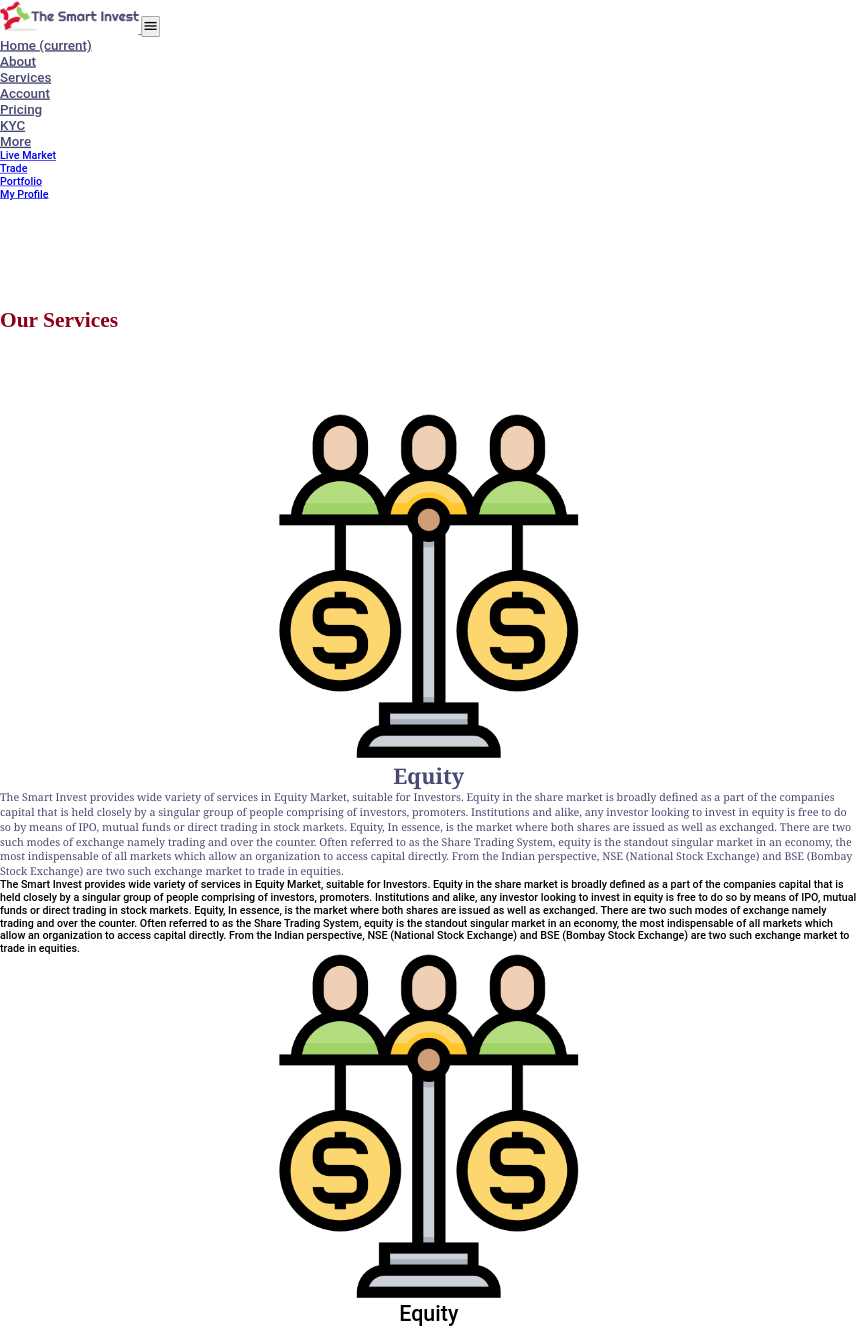
Repository: Demonster1999/Invest-Mart-new
Page: services.html
These files come from the project's save history. The page is drawn as it stood at one moment and after the next save; the edit follows.
The browser window is 1280 px wide. The pictures show the whole page, at 67% of full size.
Some web libraries are served in a nearby version.

Above is the page before, as saved 2020-05-01 21:39:37.
Console error: TypeError: Failed to execute 'addEventListener' on 'EventTarget': parameter 2 is not of type 'Object'.

### services.html
<!doctype html>
<html lang="en">

<head>
  <!-- Required meta tags -->
  <meta charset="utf-8">
  <meta name="viewport" content="width=device-width, initial-scale=1, shrink-to-fit=no">

  <!-- Material Design for Bootstrap fonts and icons -->
  <link rel="stylesheet" href="https://fonts.googleapis.com/css?family=Roboto:300,400,500,700|Material+Icons">

  <!-- Material Design for Bootstrap CSS -->
  <link rel="stylesheet"
    href="https://unpkg.com/bootstrap-material-design@4.1.1/dist/css/bootstrap-material-design.min.css"
    integrity="sha384-wXznGJNEXNG1NFsbm0ugrLFMQPWswR3lds2VeinahP8N0zJw9VWSopbjv2x7WCvX" crossorigin="anonymous">

    <link rel="stylesheet" href="static/css/custom.css">
  <title>Services: Invest-Smart</title>
</head>

<body style = "font-family : ROBOTO MEDIUM" onload="window.addEventListener('load', fadeEffect);">
  <!-- preloader start -->
<div class="preloader" style="opacity: 1;">
  <img src="static/imgs/preloaderspin.svg" class="filler-green" alt="spinner">
</div>
  <!-- preloader end  -->

  <!-- nav start -->

  <nav class="navbar navbar-expand-lg fixed-top   text-center   ">
     <a class="navbar-brand" href="#">
       <img src="static/imgs/smartlogo.png"  height = "50"
         class="d-inline-block align-top" alt="">

     </a>
  <button class="navbar-toggler" type="button" data-toggle="collapse" data-target="#navbarSupportedContent"
    aria-controls="navbarSupportedContent" aria-expanded="false" aria-label="Toggle navigation">
    <span class="navbar-toggler-icon material-icons">menu</span>
  </button>

    <div class="collapse navbar-collapse justify-content-end  " id="navbarSupportedContent">
      <ul class="navbar-nav ">
        <li class="nav-item active mx-2 p-2">
          <a class="nav-link2" href="index.html">Home <span class="sr-only">(current)</span></a>
        </li>

        <li class="nav-item mx-2  p-2">
          <a href="About.html" class="nav-link2">About</a>
        </li>
        <li class="nav-item mx-2 p-2"><a href="services.html" class="nav-link2 ">Services</a></li>
        <li class="nav-item mx-2 p-2"><a href="Account.html" class="nav-link2">Account</a></li>
        <li class="nav-item mx-2 p-2"><a href="pricing.html" class="nav-link2">Pricing</a> </li>
        <li class="nav-item mx-2 p-2">
          <a class="nav-link2 " href="kyc.html">KYC</a>
        </li>
        <li class="nav-item mx-2 p-2 dropdown">
          <a class="nav-link2 dropdown-toggle" href="#" id="navbarDropdown" role="button" data-toggle="dropdown"
            aria-haspopup="true" aria-expanded="false">
            More
          </a>
          <div class="dropdown-menu" style= "background-color : rgba(255,255,255,0.45)" aria-labelledby="navbarDropdown">
            <a class="dropdown-item" href="#">Live Market</a>
            <div class="dropdown-divider"></div>
            <a class="dropdown-item" href="#">Trade</a>
            <div class="dropdown-divider"></div>
            <a class="dropdown-item" href="#">Portfolio</a>
            <div class="dropdown-divider"></div>
            <a class="dropdown-item" href="#">My Profile</a>
          </div>
        </li>

      </ul>

    </div>
  </nav>

  <!--  services Banner  -->

  <div class="top-wrapper p-5 text-center ">

    <h1 >
      Our Services
    </h1>

  </div>

  <!-- services Provided
   -->
   <div class="services container-fluid pt-5 mt-5" style="color:#484971 ; font-family :Georgia, 'Times New Roman', Times, serif ;">
     <div class="row">
      <div class="col-md-6">
       <center>
        <img src="static/imgs/icons/equity.png" class="img-fluid m-2 p-2" width="40%" alt="">
        <h1 class=" p-2 m-2"> Equity </h1>
       </center>


       </div>
       <div class="col-md-6 p-5">
<p class="p-2 m-2 blockquote">
  The Smart Invest provides wide variety of services in Equity Market, suitable for Investors. Equity in the share
  market
  is broadly defined as a part of the companies capital that is held closely by a singular group of people comprising
  of
  investors, promoters. Institutions and alike, any investor looking to invest in equity is free to do so by means of
  IPO,
  mutual funds or direct trading in stock markets. Equity, In essence, is the market where both shares are issued as
  well
  as exchanged. There are two such modes of exchange namely trading and over the counter. Often referred to as the Share
  Trading System, equity is the standout singular market in an economy, the most indispensable of all markets which
  allow
  an organization to access capital directly. From the Indian perspective, NSE (National Stock Exchange) and BSE (Bombay
  Stock Exchange) are two such exchange market to trade in equities.
</p>
       </div>


     </div>
   </div>
      <div class="services container-fluid pt-5 mt-5">
        <div class="row">

          <div class="col-md-6 p-5">
            <p class="p-2 m-2 blockquote">
              The Smart Invest provides wide variety of services in Equity Market, suitable for Investors. Equity in the share
              market
              is broadly defined as a part of the companies capital that is held closely by a singular group of people
              comprising
              of
              investors, promoters. Institutions and alike, any investor looking to invest in equity is free to do so by means
              of
              IPO,
              mutual funds or direct trading in stock markets. Equity, In essence, is the market where both shares are issued
              as
              well
              as exchanged. There are two such modes of exchange namely trading and over the counter. Often referred to as the
              Share
              Trading System, equity is the standout singular market in an economy, the most indispensable of all markets
              which
              allow
              an organization to access capital directly. From the Indian perspective, NSE (National Stock Exchange) and BSE
              (Bombay
              Stock Exchange) are two such exchange market to trade in equities.
            </p>
          </div>
              <div class="col-md-6">
                <center>
                  <img src="static/imgs/icons/equity.png" class="img-fluid m-2 p-2" width="40%" alt="">
                  <h1 class=" p-2 m-2"> Equity </h1>
                </center>


              </div>

        </div>
      </div>






    <script src="https://code.jquery.com/jquery-3.2.1.slim.min.js"
    integrity="sha384-KJ3o2DKtIkvYIK3UENzmM7KCkRr/rE9/Qpg6aAZGJwFDMVNA/GpGFF93hXpG5KkN"
    crossorigin="anonymous"></script>
  <script src="https://unpkg.com/popper.js@1.12.6/dist/umd/popper.js"
    integrity="sha384-fA23ZRQ3G/J53mElWqVJEGJzU0sTs+SvzG8fXVWP+kJQ1lwFAOkcUOysnlKJC33U"
    crossorigin="anonymous"></script>
  <script src="https://unpkg.com/bootstrap-material-design@4.1.1/dist/js/bootstrap-material-design.js"
    integrity="sha384-CauSuKpEqAFajSpkdjv3z9t8E7RlpJ1UP0lKM/+NdtSarroVKu069AlsRPKkFBz9"
    crossorigin="anonymous"></script>
  <script>$(document).ready(function () { $('body').bootstrapMaterialDesign(); });</script>
  <script>
    const preloader = document.querySelector('.preloader');
    const fadeEffect = setInterval(() => {
      // if we don't set opacity 1 in CSS, then
      // it will be equaled to "" -- that's why
      // we check it, and if so, set opacity to 1
      if (!preloader.style.opacity) {
        preloader.style.opacity = 1;
      }
      if (preloader.style.opacity > 0) {
        preloader.style.opacity -= 0.1;
        preloader.classList.add("loaded");
      } else {
        clearInterval(fadeEffect);
      }

    }, 100);



  </script>
</body>

</html>

### static/css/custom.css
* {
  margin: 0;
  padding: 0;
}

.overlay {
  position: fixed;
  top: 0;
  left: 0;
  width: 100%;
  height: 100%;
  z-index: 1000;
}

html,
body {
  height: 100%;
}

body::-webkit-scrollbar {
  width: 0;

}
/* Nav Style  */
.navbar{
  background-color: rgba(255,255,255,0.45);
}

a.nav-link2{
  font-weight: bolder;
  font-size: 20px;
  color:#484971;

  width:5%;
  transition: .5s;
}
 a.nav-link2:hover{
 color: hsl(351, 69%, 58%);
  font-weight: 900;
   font-size: 25px;

 width:100%;

}
.nav-item a.nav-link:active {
   color: hsl(351, 69%, 58%);
   font-weight: 900;
   font-size: 25px;
   border-bottom: solid #de4a61;
   width: 100%;

 }

 /* nav Styles End  */

/* Picture Caption Hover Effect  */
.container2 {
  position: relative;
  width: 50%;
}

.image {
  display: block;
  width: 100%;
  height: auto;
}

.overlay {
  position: absolute;
  bottom: 0;
  left: 0;
  right: 0;
  background-color: #fff;
  overflow: hidden;
  width: 100%;
  height: 0;
  transition: .5s ease;
}

.container2:hover .overlay {
  height: 100%;
}

.text {
  color: #484971;
  font-size: 15px;
  font-weight: bold;
  position: absolute;
  top: 50%;
  left: 50%;
  -webkit-transform: translate(-50%, -50%);
  -ms-transform: translate(-50%, -50%);
  transform: translate(-50%, -50%);
  text-align: justify;
}
/* Picture Caption hover Effect end  */

.carousel-inner {
  width: 100%;


}

/* main page Carousel */
.carousel-item img {
  opacity: 0.2;
  width: 100%;
  height : 640px;
  object-fit: cover;
}

/* carosel Caption for main page  */
.carousel-caption {
  position : absolute;
  text-align: center;
  top : 30%;
  position:absolute;
  z-index: 30px;

}

/* Position of Join us button and hover */
.pos {
  position: absolute;
  z-index: 60px;
  bottom : 0;
  right: 0;
  font-size: 25px;

}
.pos:hover{
     border: 1px solid #888;
    }


    /* preloader effect */
.preloader {
  align-items: center;
  background: #fff;
  display: flex;
  height: 100vh;
  justify-content: center;
  left: 0;
  position: fixed;
  top: 0;
  transition: opacity 0.3s linear;
  width: 100%;
  z-index: 9999;
  opacity: 1;
  transform: opacity 1s linear;


}
 .filter-green {
   fill: red;

 }
.preloader.loaded {

  display: none;
}

    /* preloader  */


    /* Top wrapper  */
.top-wrapper{
 width : 100%;
 height : 320px;
  background-color: #fff;

}
.top-wrapper h1{
  position: relative;
  color: #8C001A;
  top : 50%;
  filter: blur(1px);
  font-family: cursive;
}

.ourteam{
width:100%;
filter: blur(2px);
opacity: 0.5;

}

.ourteam-text2 {

  color: #484971;
  font-size: 20px;
  font-weight: 500;
  text-align: justify;
  font-family: Cambria,
    Cochin,
    Georgia,
    Times,
    'Times New Roman',
    serif;
}

.ourteam + h1{
  position: absolute;
  top: 40%;
  left : 20%;
  text-align: center;
  color: #8C001A;
  border-bottom: 5px #97cc5e solid;
  border-top: 5px #97cc5e solid;

}


.ourteam-text{

color:#484971;
font-size: 20px ;
font-weight: 500;
text-align: justify;
font-family: Cambria,
Cochin,
Georgia,
Times,
'Times New Roman',
serif;
}


.employee
{
 width: 100%;
 height : 640px;
 filter: drop-shadow(3px);

}

.employee + h1 {
  position: absolute;
  top: 50%;
  color: #fff;

}
@media only screen and (min-width: 768px){


.ourteam + h1 {
  position: absolute;
  top: 40%;
  left: 25%;
  text-align: center;
  font-size: 100px;
  font-family: cursive;
  z-index: 10px;

}

.ourteam-text {

  position: relative;
  top : 25%;
  font-size: xx-large;
}




}

After the next save:
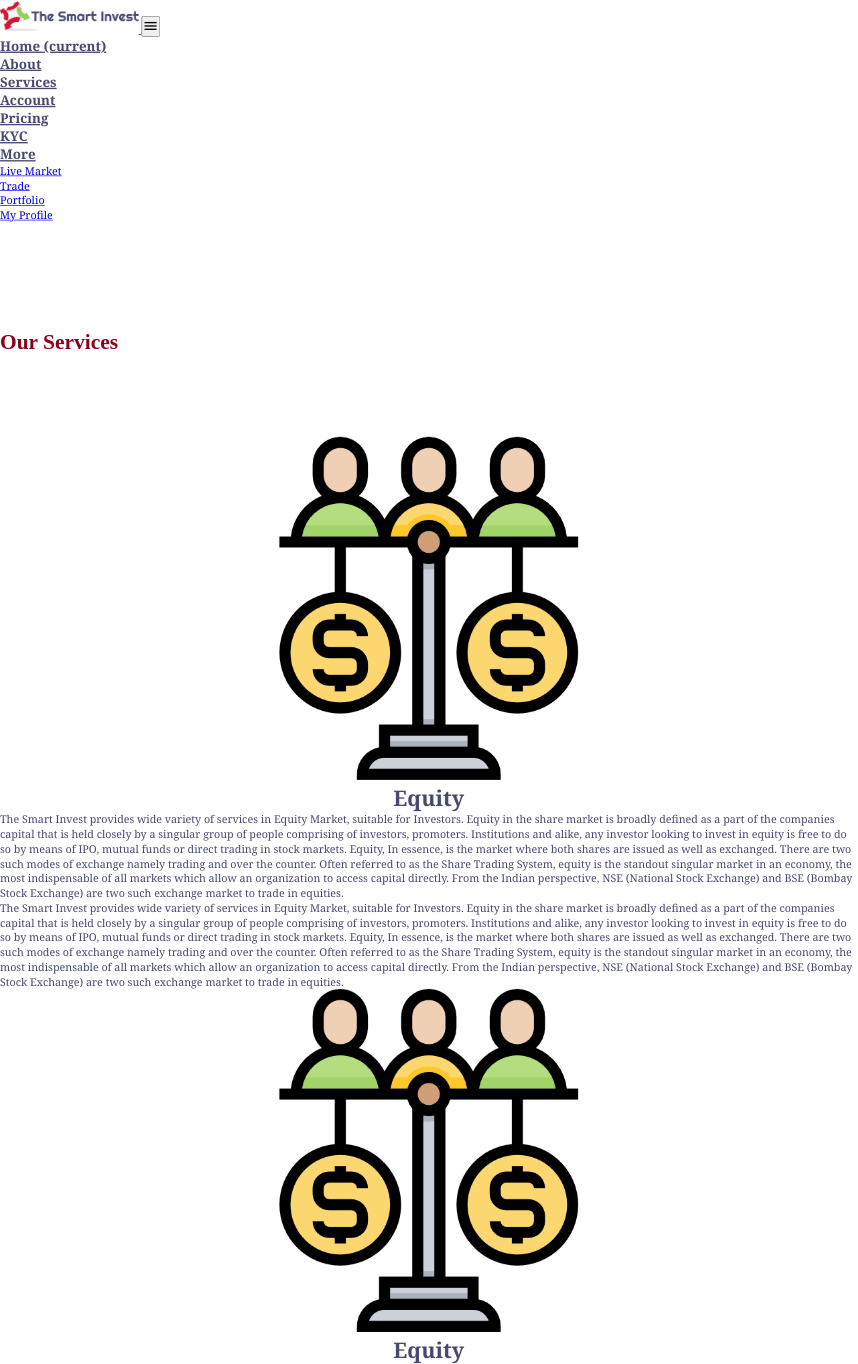
Saved 31 s later.
--- a/services.html
+++ b/services.html
@@ -18,7 +18,7 @@
   <title>Services: Invest-Smart</title>
 </head>
 
-<body style = "font-family : ROBOTO MEDIUM" onload="window.addEventListener('load', fadeEffect);">
+<body style="color:#484971 ; font-family :Georgia, 'Times New Roman', Times, serif ;" onload="window.addEventListener('load', fadeEffect);">
   <!-- preloader start -->
 <div class="preloader" style="opacity: 1;">
   <img src="static/imgs/preloaderspin.svg" class="filler-green" alt="spinner">
